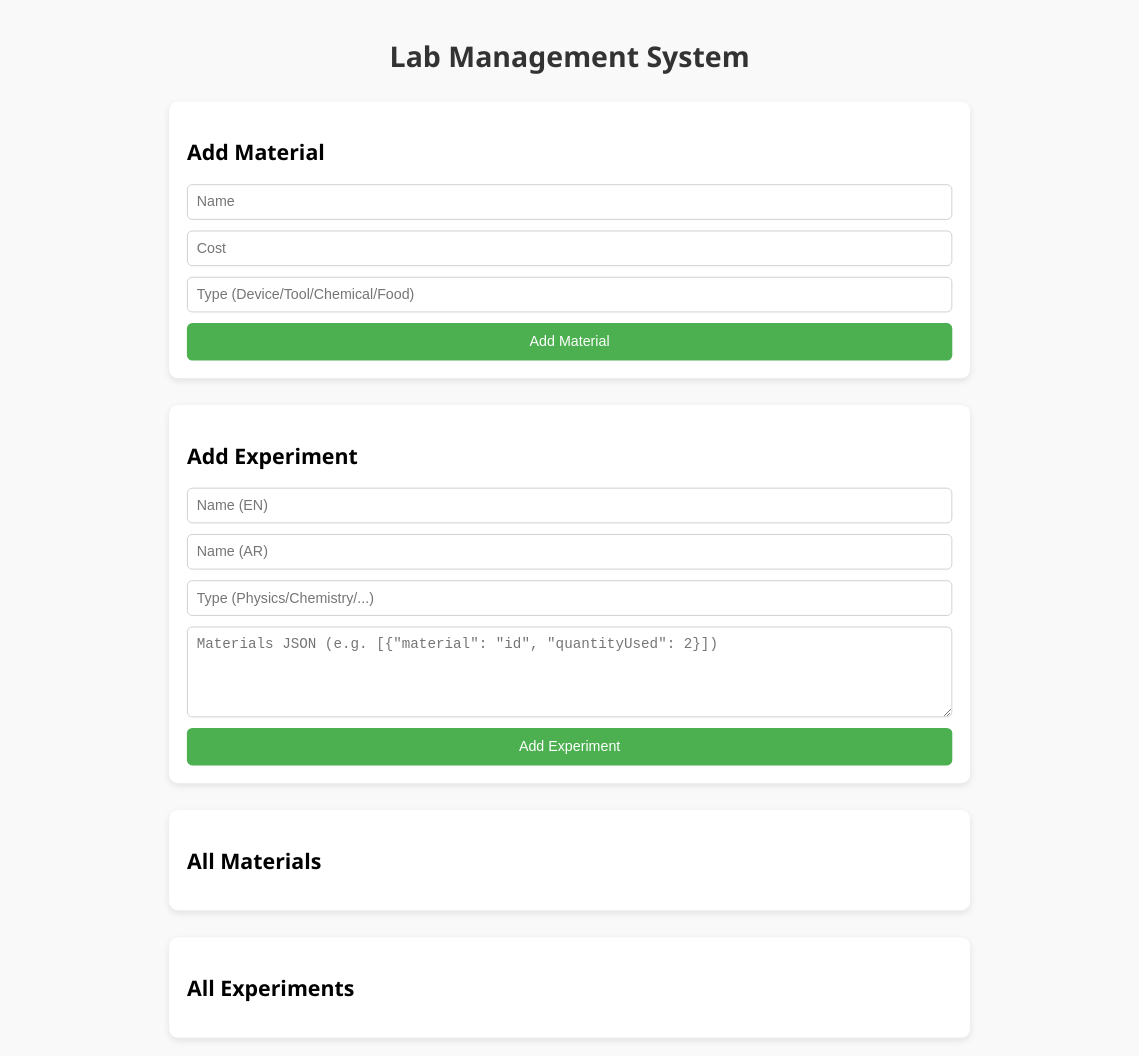
Repository: ShahdKItany/jusoorLabDB
Page: frontEnd/index.html
These files come from the project's save history. The page is drawn as it stood at one moment and after the next save; the edit follows.
The browser window is 1280 px wide. The pictures show the whole page, at 89% of full size.
The page's requests for data from a server got no answer.

Above is the page before, as saved 2025-04-13 00:05:39.
Console error: TypeError: Cannot read properties of null (reading 'addEventListener')

### frontEnd/index.html
<!DOCTYPE html>
<html lang="en">
<head>
  <meta charset="UTF-8" />
  <title>Lab Management</title>
  <link rel="stylesheet" href="style.css" />
</head>
<body>
  <div class="container">
    <h1>Lab Management System</h1>

    <!-- Add Material Section -->
    <section class="section">
      <h2>Add Material</h2>
      <form id="materialForm" class="form">
        <input type="text" id="materialName" placeholder="Name" required />
        <input type="number" id="materialCost" placeholder="Cost" required />
        <input type="text" id="materialType" placeholder="Type (Device/Tool/Chemical/Food)" required />
        <button type="submit">Add Material</button>
      </form>
    </section>

    <!-- Add Experiment Section -->
    <section class="section">
      <h2>Add Experiment</h2>
      <form id="experimentForm" class="form">
        <input type="text" id="experimentNameEn" placeholder="Name (EN)" required />
        <input type="text" id="experimentNameAr" placeholder="Name (AR)" required />
        <input type="text" id="experimentType" placeholder="Type (Physics/Chemistry/...)" required />
        <textarea id="experimentMaterials" placeholder="Materials JSON (e.g. [{&quot;material&quot;: &quot;id&quot;, &quot;quantityUsed&quot;: 2}])" required></textarea>
        <button type="submit">Add Experiment</button>
      </form>
    </section>

    <!-- Display Materials -->
    <section class="section">
      <h2>All Materials</h2>
      <ul id="materialsList"></ul>
    </section>

    <!-- Display Experiments -->
    <section class="section">
      <h2>All Experiments</h2>
      <ul id="experimentsList"></ul>
    </section>
  </div>

  <script src="script.js"></script>
</body>
</html>

### frontEnd/style.css
body {
    font-family: 'Segoe UI', sans-serif;
    background-color: #f9f9f9;
    margin: 0;
    padding: 0;
  }

  .container {
    max-width: 900px;
    margin: auto;
    padding: 20px;
    position: relative;
    z-index: 1;
  }

  h1 {
    text-align: center;
    color: #333;
  }

  .button-group {
    display: flex;
    justify-content: center;
    gap: 20px;
    margin-top: 20px;
  }

  .button-group button {
    padding: 12px 20px;
    font-size: 16px;
    border: none;
    border-radius: 6px;
    background-color: #007bff;
    color: white;
    cursor: pointer;
    transition: background-color 0.2s ease;
  }

  .button-group button:hover {
    background-color: #0056b3;
  }

  .section {
    background-color: #fff;
    margin-top: 30px;
    padding: 20px;
    border-radius: 10px;
    box-shadow: 0 3px 8px rgba(0, 0, 0, 0.1);
  }

  ul {
    list-style-type: none;
    padding-left: 0;
  }

  li {
    padding: 10px;
    border-bottom: 1px solid #eee;
  }

  /* Modal styles */
  .modal {
    display: none;
    position: fixed;
    z-index: 10;
    left: 0;
    top: 0;
    width: 100%;
    height: 100%;
    overflow: auto;
    backdrop-filter: blur(6px);
    background-color: rgba(0, 0, 0, 0.2);
  }

  .modal-content {
    background-color: white;
    margin: 10% auto;
    padding: 20px;
    border-radius: 10px;
    width: 90%;
    max-width: 500px;
    box-shadow: 0 5px 15px rgba(0, 0, 0, 0.2);
  }

  .close {
    float: right;
    font-size: 24px;
    font-weight: bold;
    cursor: pointer;
    color: #999;
  }

  .close:hover {
    color: #333;
  }

  .form {
    display: flex;
    flex-direction: column;
    gap: 12px;
  }

  input, textarea {
    padding: 10px;
    font-size: 16px;
    border: 1px solid #ccc;
    border-radius: 6px;
  }

  textarea {
    height: 80px;
  }

  button[type="submit"] {
    background-color: #4CAF50;
    color: white;
    border: none;
    padding: 12px;
    font-size: 16px;
    border-radius: 6px;
    cursor: pointer;
  }

  button[type="submit"]:hover {
    background-color: #45a049;
  }

### frontEnd/script.js
const API = 'http://localhost:5000/api';

function openModal(id) {
  document.getElementById(id).style.display = 'block';
}

function closeModal(id) {
  document.getElementById(id).style.display = 'none';
}

// Fetch and display all materials
async function fetchMaterials() {
  const res = await fetch(`${API}/materials`);
  const materials = await res.json();
  const list = document.getElementById('materialsList');
  list.innerHTML = '';
  materials.forEach((mat) => {
    const li = document.createElement('li');
    li.textContent = `${mat.name} - ${mat.type} - $${mat.cost}`;
    list.appendChild(li);
  });
}

// Fetch and display all experiments
async function fetchExperiments() {
  const res = await fetch(`${API}/experiments`);
  const experiments = await res.json();
  const list = document.getElementById('experimentsList');
  list.innerHTML = '';
  experiments.forEach((exp) => {
    const li = document.createElement('li');
    li.textContent = `${exp.nameEn} (${exp.type}) - Total Cost: $${exp.totalCost}`;
    list.appendChild(li);
  });
}

// Submit material form
document.getElementById('materialForm').addEventListener('submit', async (e) => {
  e.preventDefault();
  const name = document.getElementById('materialName').value;
  const cost = document.getElementById('materialCost').value;
  const type = document.getElementById('materialType').value;

  const res = await fetch(`${API}/materials`, {
    method: 'POST',
    headers: { 'Content-Type': 'application/json' },
    body: JSON.stringify({ name, cost, type }),
  });

  const data = await res.json();
  if (res.ok) {
    alert('Material added!');
    closeModal('materialModal');
    fetchMaterials();
  } else {
    alert(`Error: ${data.message}`);
  }
});

// Submit experiment form
document.getElementById('experimentForm').addEventListener('submit', async (e) => {
  e.preventDefault();
  const nameEn = document.getElementById('experimentNameEn').value;
  const nameAr = document.getElementById('experimentNameAr').value;
  const type = document.getElementById('experimentType').value;
  let materials;

  try {
    materials = JSON.parse(document.getElementById('experimentMaterials').value);
  } catch (err) {
    alert('Invalid JSON format');
    return;
  }

  const res = await fetch(`${API}/experiments`, {
    method: 'POST',
    headers: { 'Content-Type': 'application/json' },
    body: JSON.stringify({ nameEn, nameAr, type, materials }),
  });

  const data = await res.json();
  if (res.ok) {
    alert('Experiment added!');
    closeModal('experimentModal');
    fetchExperiments();
  } else {
    alert(`Error: ${data.message}`);
  }
});

// Button click handlers
document.getElementById('openMaterialBtn').addEventListener('click', () => openModal('materialModal'));
document.getElementById('openExperimentBtn').addEventListener('click', () => openModal('experimentModal'));

// Load initial data
fetchMaterials();
fetchExperiments();

After the next save:
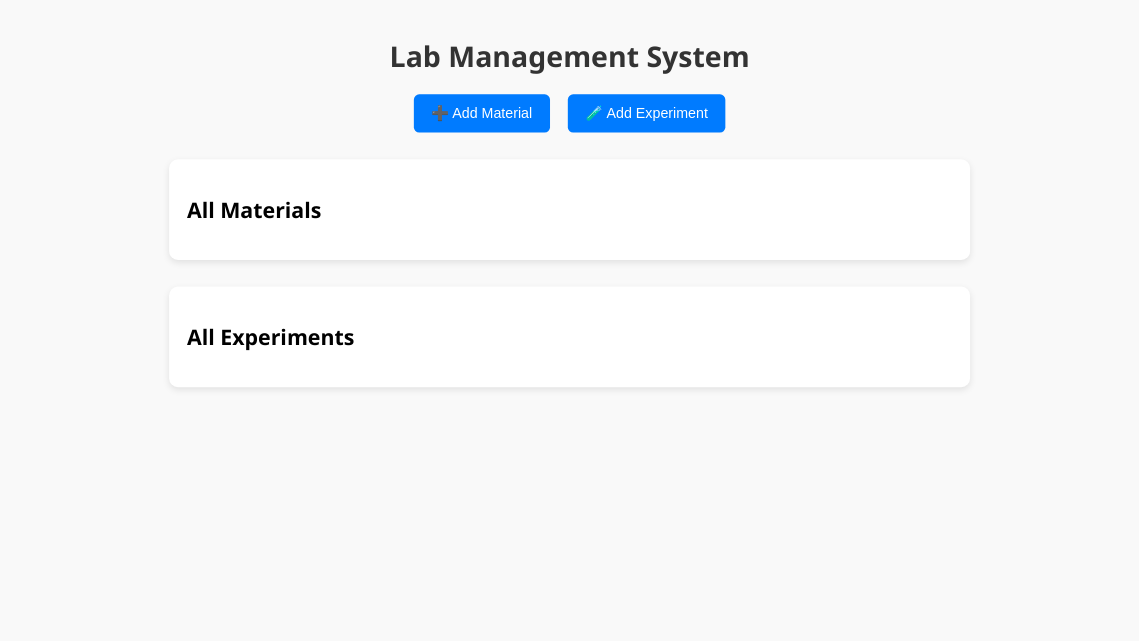
The error is gone.
Saved 12 s later.
--- a/frontEnd/index.html
+++ b/frontEnd/index.html
@@ -9,8 +9,26 @@
   <div class="container">
     <h1>Lab Management System</h1>
 
-    <!-- Add Material Section -->
+    <div class="button-group">
+      <button id="openMaterialBtn">➕ Add Material</button>
+      <button id="openExperimentBtn">🧪 Add Experiment</button>
+    </div>
+
     <section class="section">
+      <h2>All Materials</h2>
+      <ul id="materialsList"></ul>
+    </section>
+
+    <section class="section">
+      <h2>All Experiments</h2>
+      <ul id="experimentsList"></ul>
+    </section>
+  </div>
+
+  <!-- Modal for Material -->
+  <div id="materialModal" class="modal">
+    <div class="modal-content">
+      <span class="close" onclick="closeModal('materialModal')">&times;</span>
       <h2>Add Material</h2>
       <form id="materialForm" class="form">
         <input type="text" id="materialName" placeholder="Name" required />
@@ -18,31 +36,22 @@
         <input type="text" id="materialType" placeholder="Type (Device/Tool/Chemical/Food)" required />
         <button type="submit">Add Material</button>
       </form>
-    </section>
+    </div>
+  </div>
 
-    <!-- Add Experiment Section -->
-    <section class="section">
+  <!-- Modal for Experiment -->
+  <div id="experimentModal" class="modal">
+    <div class="modal-content">
+      <span class="close" onclick="closeModal('experimentModal')">&times;</span>
       <h2>Add Experiment</h2>
       <form id="experimentForm" class="form">
         <input type="text" id="experimentNameEn" placeholder="Name (EN)" required />
         <input type="text" id="experimentNameAr" placeholder="Name (AR)" required />
         <input type="text" id="experimentType" placeholder="Type (Physics/Chemistry/...)" required />
-        <textarea id="experimentMaterials" placeholder="Materials JSON (e.g. [{&quot;material&quot;: &quot;id&quot;, &quot;quantityUsed&quot;: 2}])" required></textarea>
+        <textarea id="experimentMaterials" placeholder='Materials JSON (e.g. [{"material":"id","quantityUsed":2}])' required></textarea>
         <button type="submit">Add Experiment</button>
       </form>
-    </section>
-
-    <!-- Display Materials -->
-    <section class="section">
-      <h2>All Materials</h2>
-      <ul id="materialsList"></ul>
-    </section>
-
-    <!-- Display Experiments -->
-    <section class="section">
-      <h2>All Experiments</h2>
-      <ul id="experimentsList"></ul>
-    </section>
+    </div>
   </div>
 
   <script src="script.js"></script>
